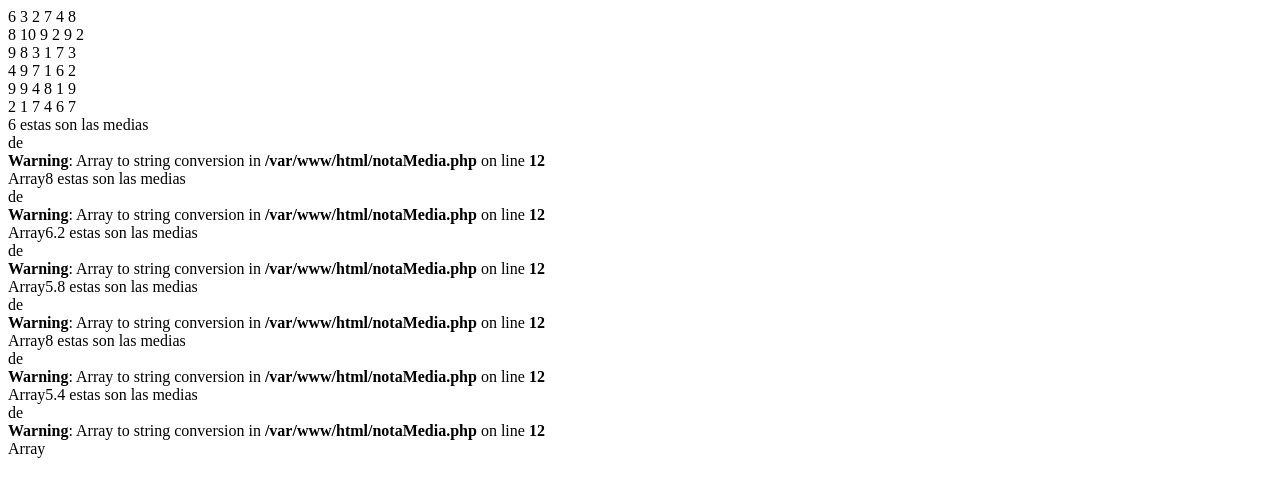
Repository: Sxcram02/1-daw
Page: http://localhost/notaMedia.php
The author's editor kept a copy of each file at every save. The page is drawn from the files as they stood at one save, then again after the next save.
The browser window is 1280 px wide. The pictures show the whole page.
The page is run by PHP 8.4 with error messages shown; the project is at /var/www/html/.

Above is the page before, as saved 2023-01-19 15:33:26.

After the next save:
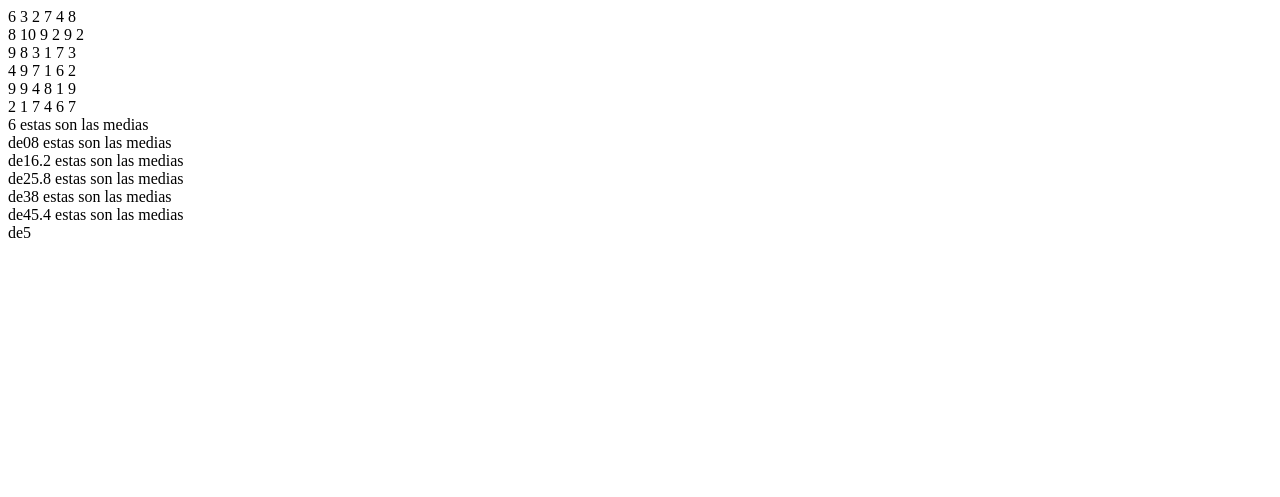
Saved 14 min 7 s later.
--- a/PHP/notaMedia.php
+++ b/PHP/notaMedia.php
@@ -9,7 +9,7 @@
 
     for($v1=0;$v1<=5;$v1++){
             $nota_media[$v1] = array_sum($notas_alumnos[$v1])/5;
-            echo $nota_media[$v1], " ", "estas son las medias", "<br />", "de", [$v1];
+            echo $nota_media[$v1], " ", "estas son las medias", "<br />", "de", $v1;
     };
 
 ?>
